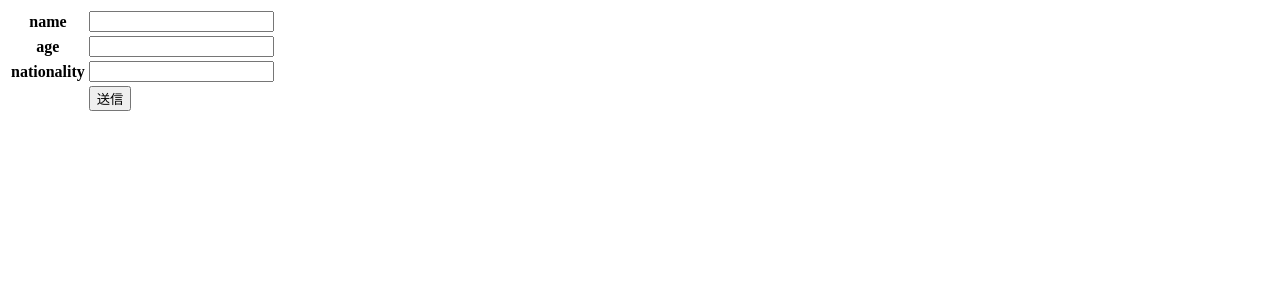
Repository: masanarimiura/20220618_miura
Page: http://localhost/
An editor plug-in stored every save of this project. The page is shown before and after the next save, followed by the edit.
The browser window is 1280 px wide. The pictures show the whole page.
The page is served by the project's Laravel application, run on PHP 8.4 with Laravel 8. Other server files are loaded and not shown.

Above is the page before, as saved 2022-06-18 11:50:51.

### routes/web.php
<?php

use Illuminate\Support\Facades\Route;
use App\Http\Controllers\TaskController;

Route::get('/', [TaskController::class, 'index']);
Route::post('/', [TaskController::class, 'post']);

### app/Http/Controllers/TaskController.php
<?php

namespace App\Http\Controllers;

use App\Models\Customer;
use Illuminate\Http\Request;

class TaskController extends Controller
{
    public function index()
    {
        return view('index');
    }
    public function find()
    {
        return view('find', ['input' => '']);
    }
    public function search(Request $request)
    {
        $item = Author::where('name', 'LIKE',"%{$request->input}%")->first();
        $param = [
            'input' => $request->input,
            'item' => $item
        ];
        return view('find', $param);
    }
    public function bind(Author $author)
    {
        $data = [
            'item'=>$author,
        ];
        return view('author.binds', $data);
    }
    public function add()
    {
        return view('add');
    }
    public function create(Request $request)
    {
        $this->validate($request, Author::$rules);
        $form = $request->all();
        Author::create($form);
        return redirect('/');
    }
}

### resources/views/index.blade.php
<!DOCTYPE html>
<html lang="ja">

<head>
  <meta charset="UTF-8">
  <meta name="viewport" content="width=device-width, initial-scale=1.0">
  <title>top</title>
</head>

<body>
  @if (count($errors) > 0)
<ul>
  @foreach ($errors->all() as $error)
  <li>
    {{$error}}
  </li>
  @endforeach
</ul>
@endif
<form action="/" method="post">
  <table>
    @csrf
    <tr>
      <th>
        name
      </th>
      <td>
        <input type="text" name="name">
      </td>
    </tr>
    <tr>
      <th>
        age
      </th>
      <td>
        <input type="text" name="age">
      </td>
    </tr>
    <tr>
      <th>
        nationality
      </th>
      <td>
        <input type="text" name="nationality">
      </td>
    </tr>
    <tr>
      <th></th>
      <td>
        <button>送信</button>
      </td>
  </table>
</form>
</body>
</html>

Loaded but not shown: app/Http/Controllers/Controller.php (common file)

After the next save:
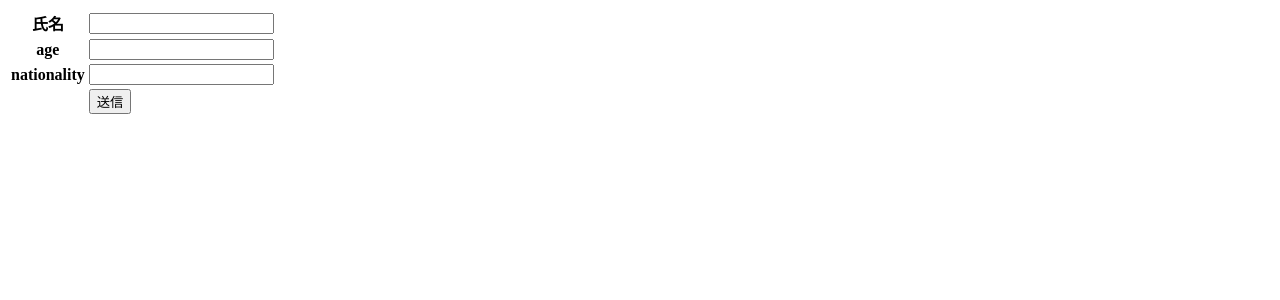
Saved 18 s later.
--- a/resources/views/index.blade.php
+++ b/resources/views/index.blade.php
@@ -22,7 +22,7 @@
     @csrf
     <tr>
       <th>
-        name
+        氏名
       </th>
       <td>
         <input type="text" name="name">
